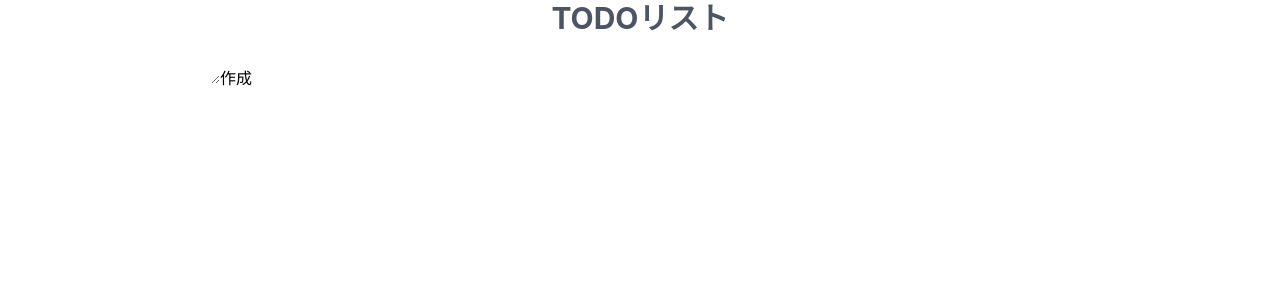
Repository: 1718wani/tsmemoapp
Page: /
These files come from the project's save history. The page is drawn as it stood at one moment and after a run of saves; the edit follows.
The browser window is 1280 px wide. The pictures show the whole page.
The project was rebuilt for these pictures with package versions that can differ from the ones it lists, and the page was loaded fresh each time. Also part of the build but not shown: webpack.config.js, src/App.css.

Above is the page before, as saved 2023-06-10 20:03:59.

### src/index.tsx
import React from 'react';
import ReactDOM from 'react-dom/client';
import './index.css';
import App from './App';
import  "../src/input.css"

const root = ReactDOM.createRoot(
  document.getElementById('root') as HTMLElement
);
root.render(
  <React.StrictMode>
    <App />
  </React.StrictMode>
);

### src/App.tsx
import React, { FC, useState } from "react";
import "./App.css";
import { type } from "os";

function App() {
  const [inputValue, setInputValue] = useState("");
  const [notes, setNotes] = useState<Note[]>([]);
  const [imagePreview, setImagePreview] = useState<string | undefined>();

  type Note = {
    inputValue: string;
    id: number;
    checked: boolean;
    imageUrl?: string;
  };

  const handleChange = (e: React.ChangeEvent<HTMLTextAreaElement>) => {
    setInputValue(e.target.value);
  };

  const handleSubmit = (e: React.FormEvent<HTMLFormElement>) => {
    e.preventDefault();

    const newNote: Note = {
      inputValue: inputValue,
      id: notes.length,
      checked: false,
      imageUrl: imagePreview,
    };

    setNotes([newNote, ...notes]);
    setImagePreview(undefined);
    setInputValue("");
  };

  const handlePaste = (event: React.ClipboardEvent<HTMLTextAreaElement>) => {
    const items = event.clipboardData?.items;
    console.log(items);

    if (items) {
      for (let i = 0; i < items.length; i++) {
        const item = items[i];
        if (item.type.indexOf("image") !== -1) {
          console.log(item);
          const file = item.getAsFile();
          const blob = new Blob([file!], { type: file!.type });
          const imageUrl = URL.createObjectURL(blob);
          setImagePreview(imageUrl);
        }
      }
    }
  };

  return (
    <div>
      <div>
        <h2 className="font-bold text-center text-gray-600 text-3xl" >TODOリスト</h2>
        <form onSubmit={(e) => handleSubmit(e)}>
          <textarea
            value={inputValue}
            onPaste={handlePaste}
            onChange={(e) => handleChange(e)}
            className="inputText"
          />
          <input type="submit" value="作成" className="" />
        </form>
        <div>
          {imagePreview && <img src={imagePreview} alt="Pasted preview" />}
        </div>
        <ul>
          {notes.map((todo) => (
            <li key={todo.id}>{todo.inputValue}</li>
          ))}
        </ul>
      </div>
    </div>
  );
}

export default App;

Loaded but not shown: public/index.html (common file); src/index.css (common file); src/input.css (common file); tailwind.config.js (common file)

After the next 2 saves:
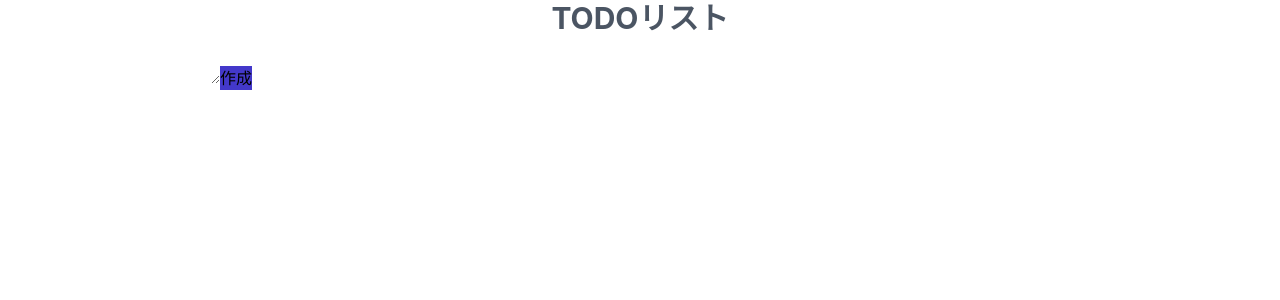
The 2 saves are shown as one change because they came seconds apart.
The last was saved 8 s later.
--- a/src/App.tsx
+++ b/src/App.tsx
@@ -62,7 +62,7 @@ function App() {
             onChange={(e) => handleChange(e)}
             className="inputText"
           />
-          <input type="submit" value="作成" className="" />
+          <input type="submit" value="作成" className="bg-indigo-700" />
         </form>
         <div>
           {imagePreview && <img src={imagePreview} alt="Pasted preview" />}
